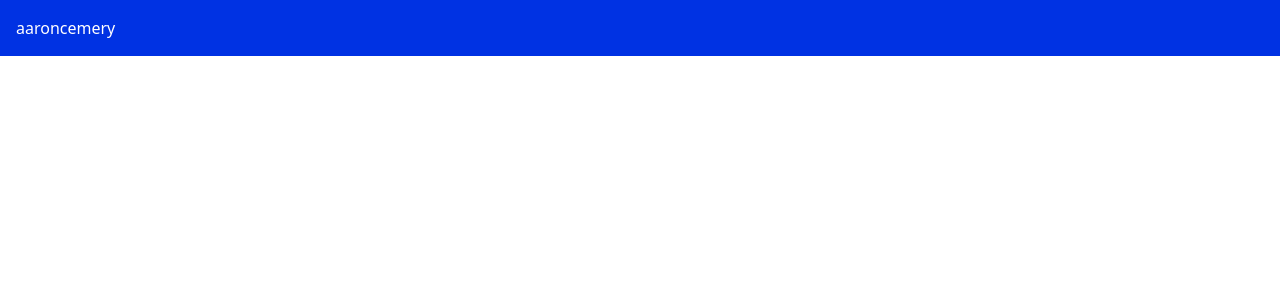
Repository: aaroncemery/aaroncemery-next13
Page: /
These files come from the project's save history. The page is drawn as it stood at one moment and after the next save; the edit follows.
The browser window is 1280 px wide. The pictures show the whole page.
The project was rebuilt for these pictures with package versions that can differ from the ones it lists, and the page was loaded fresh each time. The framework's server and built-in components were replaced by stand-ins that run in the browser. Also part of the build but not shown: next.config.js.

Above is the page before, as saved 2022-11-24 19:10:21.

### app/layout.tsx
import '@/styles/globals.css'
import Nav from 'components/ui/nav'

export default function RootLayout({
  children,
}: {
  children: React.ReactNode
}) {
  return (
    <html>
      <head></head>
      <body>
        <Nav />
        {children}
      </body>
    </html>
  )
}

### app/page.tsx
import Link from 'next/link';

export default function Page() {
  return (
    <div className="space-y-6">
      <div className="space-y-8 text-white">
        <h1>Hello</h1>
      </div>
    </div>
  );
}

### components/ui/nav.tsx
import { MenuToggle } from './buttons'

export default function Nav() {
  return (
    <nav className="bg-[#0032E3] py-4">
      <div className="container mx-auto px-4">
        <div className="text-white">aaroncemery</div>
      </div>
    </nav>
  )
}

### components/ui/buttons.tsx
import { useMenuToggle } from 'hooks/useMenuToggle'

export const MenuToggle = () => {
  const { isOpen, toggle } = useMenuToggle()

  return (
    <button
      className="flex flex-col justify-around w-8 h-8 p-0 text-white border border-white rounded focus:outline-none focus:ring-2 focus:ring-offset-2 focus:ring-offset-[#0032E3] focus:ring-white"
      onClick={toggle}
    >
      <span className="w-full h-1 bg-white rounded"></span>
      <span className="w-full h-1 bg-white rounded"></span>
      <span className="w-full h-1 bg-white rounded"></span>
    </button>
  )
}

### hooks/useMenuToggle.tsx
import { useState } from 'react'

export const useMenuToggle = () => {
  const [isOpen, setIsOpen] = useState(false)

  const toggle = () => setIsOpen(!isOpen)

  return { isOpen, toggle }
}

Loaded but not shown: styles/globals.css (common file); tailwind.config.js (common file)

After the next save:
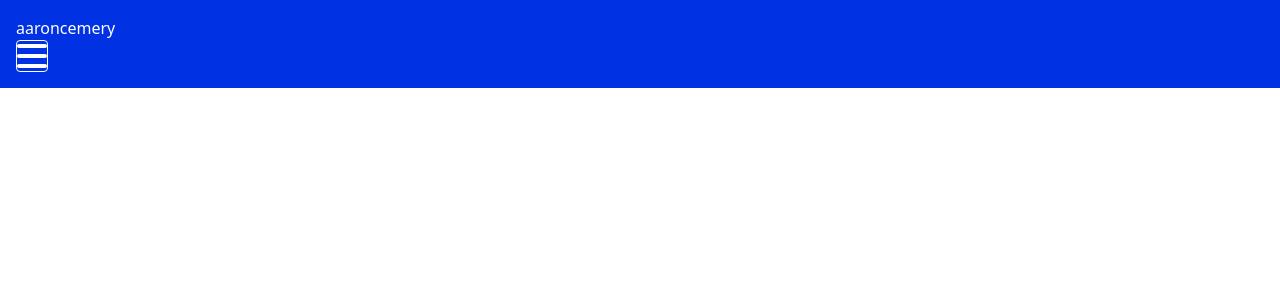
Saved 10 s later.
--- a/components/ui/nav.tsx
+++ b/components/ui/nav.tsx
@@ -5,6 +5,7 @@
     <nav className="bg-[#0032E3] py-4">
       <div className="container mx-auto px-4">
         <div className="text-white">aaroncemery</div>
+        <MenuToggle />
       </div>
     </nav>
   )
